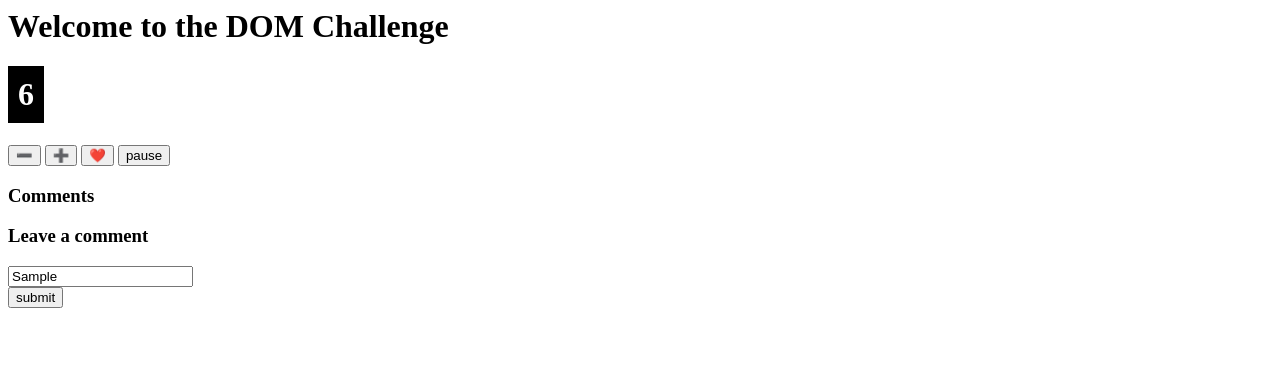
Repository: annferracane/phase-1-practice-interacting-with-the-dom
Page: index.html
The author's editor kept a copy of each file at every save. The page is drawn from the files as they stood at one save, then again after the next save.
The browser window is 1280 px wide. The pictures show the whole page.
Empty fields were first filled with sample values (such as "Sample", 5 or name@example.com).
After loading, the first visible `#heart` was clicked once.

Above is the page before, as saved 2022-12-01 17:45:38.
Console error (its wording comes from the project's code and is left out).

### index.html
<html>
<head>
  <meta charset="UTF-8">
  <title>Dom Challenge</title>
  <style>
    #counter {
      background-color: black;
      color: white;
      display: table;
      padding: 10px;
    }
  </style>
</head>
<body>
  <h1>
    Welcome to the DOM Challenge
  </h1>
  <h1 id='counter'>
    0
  </h1>
  <button id='minus' > ➖ </button>
  <button id='plus' > ➕ </button>
  <button id='heart' > ❤️ </button>
  <button id='pause' > pause </button>

  <ul class='likes'></ul>

  <div>
    <h3>Comments</h3>
    <div id='list' class='comments'></div>

    <h3>Leave a comment</h3>

    <form id="comment-form" action="">
      <input type='text' name="comment" id="comment-input" cols="30" rows="10">
      </br>
      <button id='submit'>submit</button>
    </form>

  </div>

  <!--<script src="js/index.min.js"></script>-->
  <script defer src="js/challenge.js"></script>
</body>
</html>

### js/challenge.js
// Spec
/*
See the timer increment every second once the page has loaded.
--DONE
Manually increment and decrement the counter using the plus and minus buttons.
--DONE

"Like" an individual number of the counter. I should see the count of the number of "likes" associated with that number displayed.
Pause the counter, which should:
pause the counter
disable all buttons except the pause button
switch the label on the button from "pause" to "resume"
Click the "restart" button to restart the counter and re-enable the buttons.
Leave comments on my gameplay, such as: "Wow, what a fun game this is."
*/

// DOM Elements & Global Variables
const counter = document.querySelector('#counter');
const minusBtn = document.querySelector('#minus');
const plusBtn = document.querySelector('#plus');
const heartBtn = document.querySelector('#heart');
const pauseBtn = document.querySelector('#pause');

const likesList = document.querySelector('.likes');

let countVal = 0;
const counterLikes = [];
const counterIsActive = true;



// Functions & Listeners
minusBtn.addEventListener('click', decrementCounter);
plusBtn.addEventListener('click', incrementCounter);
heartBtn.addEventListener('click', likeCounter);

function launchCounter () {
    // setInterval(() => incrementCounter(), 1000, counterIsActive);

    setInterval(function () {
        incrementCounter();
    },
    1000)

}

function likeCounter () {
    const currentCount = counter.textContent;
    const likeListItem = document.querySelector(`#like-${currentCount}`);


    if(likeListItem) {
        console.log('liked more than once');

    }
    else {
        const newLikeList = document.createElement(`#like-${currentCount}`);
        const counterObj = {
            name: currentCount,
            likeTotal: 1
        }
        counterLikes.push(counterObj);
        newLikeList.textContent = `${currentCount} has been liked 1 time`;
        likesList.appendChild(newLikeList);
    }
    // const likeItem = document.createElement('li');
    // console.log(counterLikes[counter.textContent]);
    // counterLikes[counter.textContent]++;
    // console.log(counterLikes[counter.textContent]);

    /*
    let counterLikesTotalMsg;
    counterNum.likesTotal
    const msg = `${counter.textContent} has been liked ${counterNum.likes}`;
    likeCounter.textContent =
    */
}

function incrementCounter () {
    countVal++;
    counter.textContent = countVal;
}

function decrementCounter () {
    countVal--;
    counter.textContent = countVal;

}

function pauseCounter () {

}

launchCounter();

After the next save:
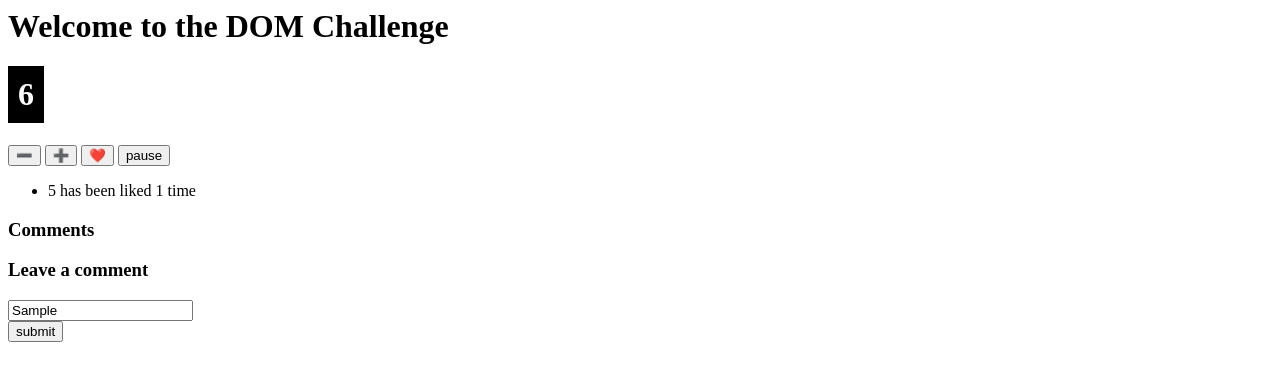
The error is gone.
Saved 59 s later.
--- a/js/challenge.js
+++ b/js/challenge.js
@@ -54,7 +54,7 @@ function likeCounter () {
 
     }
     else {
-        const newLikeList = document.createElement(`#like-${currentCount}`);
+        const newLikeList = document.createElement(`li`);
         const counterObj = {
             name: currentCount,
             likeTotal: 1
